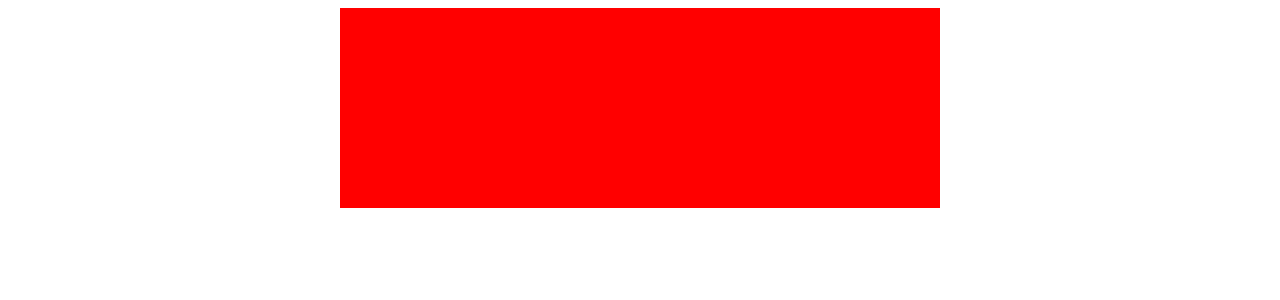
Repository: wonjunknag/kakao-clone
Page: 05-flex/index.html
An editor plug-in stored every save of this project. The page is shown before and after the next save, followed by the edit.
The browser window is 1280 px wide. The pictures show the whole page.

Above is the page before, as saved 2020-07-05 07:29:12.

### 05-flex/index.html
<!DOCTYPE html>
<html lang="en">
  <head>
    <meta charset="UTF-8" />
    <meta name="viewport" content="width=device-width, initial-scale=1.0" />
    <meta http-equiv="X-UA-Compatible" content="ie=edge" />
    <title>Flex</title>
    <style>
      .father {
        display: flex;
        justify-content: center;
        align-items: flex-end;
      }
      .box {
        width: 200px;
        height: 200px;
        background-color: red;
      }
    </style>
  </head>
  <body>
    <div class="father">
      <div class="box"></div>
      <div class="box"></div>
      <div class="box"></div>
    </div>
  </body>
</html>

After the next save:
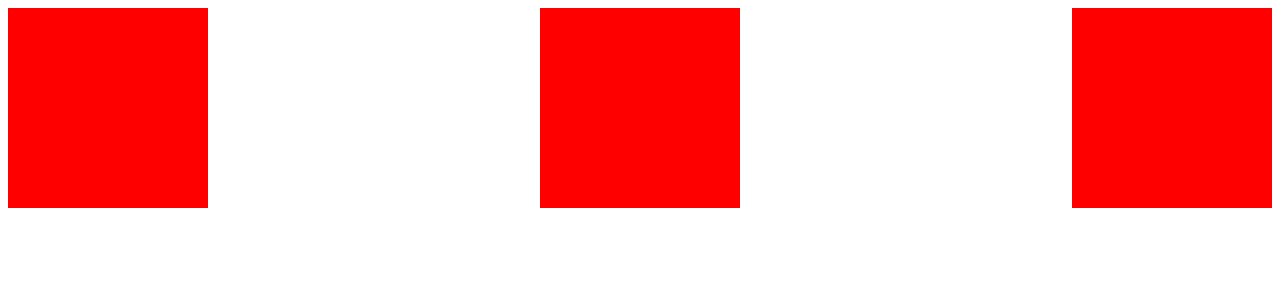
Saved 23 s later.
--- a/05-flex/index.html
+++ b/05-flex/index.html
@@ -8,7 +8,7 @@
     <style>
       .father {
         display: flex;
-        justify-content: center;
+        justify-content: space-between;
         align-items: flex-end;
       }
       .box {
